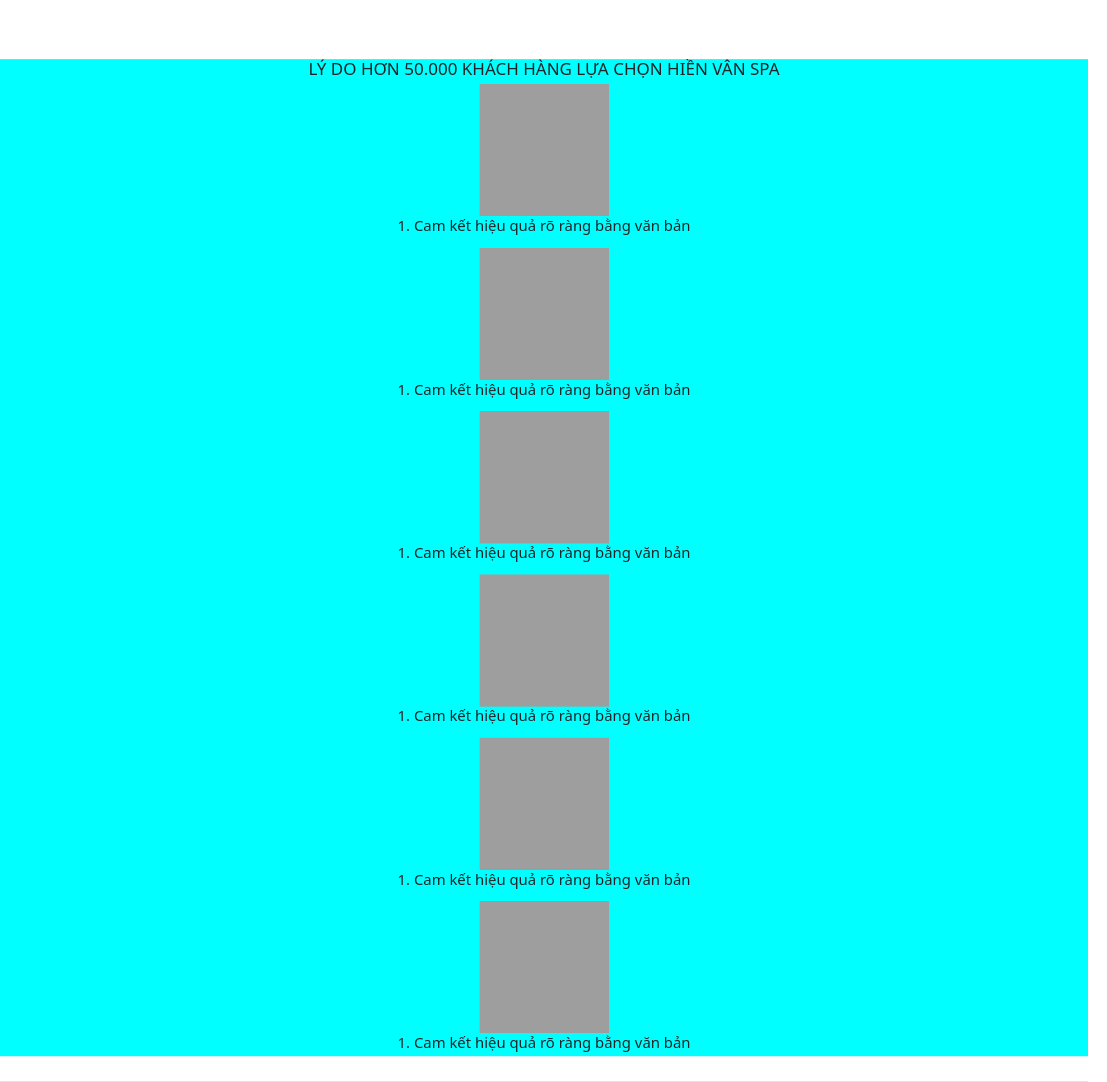
Repository: tranduykhuong/SpaKimBong
Page: /about
An editor plug-in stored every save of this project. The page is shown before and after a run of saves, followed by the edit.
The browser window is 1280 px wide. The page is 1302 px wide, so the pictures cover 1302 px, including what lies to the right of the window. The pictures show the part of the page from y = 2229 to 3502 px (the page is 4471 px tall), at 85% of full size.
Pictures or frames that could not be fetched are drawn as grey boxes. The project was rebuilt for these pictures with package versions that can differ from the ones it lists, and the page was loaded fresh each time. Also part of the build but not shown: src/components/Header/Slider/slider.scss, src/components/Header/Slider/Slider.js, src/components/Header/ListImage/listImage.scss, src/components/Header/ListImage/ListImage.js, src/pages/Home/home.scss, src/pages/Home/ListImage/listImage.scss, src/pages/Home/ListImage/ListImage.js, src/pages/Home/BookOnline/bookOnl.scss and 6 more.

Above is the page before, as saved 2022-06-03 23:07:54.

### src/App.js
import "./App.css";
import Header from "./components/Header/Header";
import Home from "./pages/Home/Home";
import "bootstrap/dist/css/bootstrap.min.css";
import { Route, Routes } from "react-router-dom";
import About from "./pages/About/About";

function App() {
  return (
    <div className="App">
      <Header />
      <Routes>
        <Route path="/" element={<Home />} />
        <Route path="/about" element={<About />} />
      </Routes>
    </div>
  );
}

export default App;

### src/components/Header/Header.js
import React, { useEffect, useState } from "react";
import "./header.scss";
import { BsSearch, BsFacebook } from "react-icons/bs";
import { BiPhoneCall } from "react-icons/bi";
import Slider from "./Slider/Slider";
import ListImage from "./ListImage/ListImage";
import { Link, useLocation } from "react-router-dom";

function Header() {
  const path = useLocation().pathname;
  const [fixedNavbar, setFixedNavbar] = useState(false);

  useEffect(() => {
    // set fixed navbar
    const handleScroll = () => {
      if (window.scrollY < 1) {
        setFixedNavbar(true);
      }

      if (window.scrollY > 170) setFixedNavbar(true);
      else setFixedNavbar(false);
    };

    window.addEventListener("scroll", handleScroll);

    // cleanup function
    return () => {
      window.removeEventListener("scroll", handleScroll);
    };
  }, []);

  return (
    <div className="header">
      <div className={"infor " + (fixedNavbar ? "mg-navbar" : "")}>
        <div className="logo">
          <img src="../../img/logoSpa.png" alt="" />
          <div className="nameSpa">
            <h4>Thẩm mỹ - Uốn tóc</h4>
            <h2>Kim Bông</h2>
          </div>
        </div>

        <div className="search">
          <input type="text" placeholder="Tìm kiếm sản phẩm/ bài viết ..." />
          <a className="icon">
            <BsSearch className="iconSearch" />
          </a>
        </div>

        <div className="contact">
          <a href="/" className="icon">
            <BsFacebook className="iconFacebook" />
          </a>
          <a href="/" className="icon">
            <img src="../../img/Zalo.png" alt="" className="iconZalo" />
          </a>

          <div className="phone">
            <BiPhoneCall className="iconPhone" />
            <h3>03 0304 0506</h3>
          </div>
        </div>
      </div>
      <div className={"myNavbar " + (fixedNavbar ? "fixedNavbar" : "")}>
        <div className="navbarContent">
          <ul className="navbarList">
            <li className={path === "/" ? "active" : ""}>
              <Link to="/">TRANG CHỦ</Link>
            </li>
            <li className={path === "/about" ? "active" : ""}>
              <Link to="/about">GIỚI THIỆU</Link>
            </li>
            <li className={path === "/skin" ? "active" : ""}>
              <Link to="/">CHĂM SÓC DA</Link>
            </li>
            <li className={path === "/acne" ? "active" : ""}>
              <Link to="/">TRỊ MỤN</Link>
            </li>
            <li className={path === "/open-time" ? "active" : ""}>
              <Link to="/">LỊCH MỞ CỬA</Link>
            </li>
          </ul>
        </div>
      </div>
      {/* <Slider /> */}
      {/* <ListImage /> */}
    </div>
  );
}

export default Header;

### src/components/Header/header.scss
$height-navbar: 5rem;

.header {
    .mg-navbar {
        margin-bottom: $height-navbar;
    }

    .infor {
        max-width: 1200px;
        padding: .6rem 0;
        display: flex;
        justify-content: space-between;

        .logo {
            display: flex;
            flex: 1;

            img {
                height: 10rem;
            }

            .nameSpa {
                color: #eb288c;
                margin: auto 0;

                h4 {
                    font-size: 1.8rem;
                    font-weight: 500;
                }

                h2 {
                    font-size: 2.4rem;
                }
            }
        }


        .search {
            margin: auto 0;
            border-radius: 50px;
            border: solid .1rem #eb288c;
            height: 37px;
            display: flex;

            input {
                font-size: 1.4rem;
                margin: auto 16px;
                min-width: 26rem;
                border: none;
                outline: none;
            }

            .icon {
                margin: auto 10px;
                cursor: pointer;
            }

            .iconSearch {
                width: 1.8rem;
                height: 1.8rem;
                color: #eb288c;

                &:hover {
                    color: #f867b2;
                }
            }
        }

        .contact {
            display: flex;
            margin-left: 20px;

            .icon {
                margin: auto 0;
                margin-left: 10px;

            }

            .iconFacebook {
                width: 2.8rem;
                height: 2.8rem;
                color: rgba($color: #0570e6, $alpha: 1.0);
            }

            .iconZalo {
                width: 2.8rem;
                height: 2.8rem;
                border-radius: 50%;
            }

            .phone {
                margin: auto 0;
                margin-left: 20px;
                display: flex;

                .iconPhone {
                    width: 2.6rem;
                    height: 2.6rem;
                }

                h3 {
                    font-size: 1.4rem;
                    font-weight: 500;
                    margin: auto 4px;
                }
            }

        }
    }

    .fixedNavbar {
        position: fixed;
        top: 0;
        left: 0;
        z-index: 50;
        width: 100%;
        animation: fixedNavbar 1s forwards;
    }

    @keyframes fixedNavbar {
        from {
            top: -5rem;
            opacity: 0;
        }

        to {
            top: 0;
            opacity: 1;
        }
    }

    .myNavbar {
        height: $height-navbar;
        background-color: #eb288c;

        .navbarContent {
            max-width: 1200px;
            margin: 0 auto;

            .navbarList {
                display: flex;
                margin: 0 1rem;
                // justify-content: space-evenly;

                li {
                    list-style: none;

                    a {
                        line-height: $height-navbar;
                        height: $height-navbar;
                        display: block;
                        color: #fff;
                        font-size: 1.6rem;
                        font-weight: 600;
                        text-decoration: none;
                        padding: 0 2rem;
                    }

                    &:hover {
                        background-color: #f844a1;
                        cursor: pointer;
                    }
                }

                .active {
                    background-color: #dd0876;
                }
            }
        }
    }
}

### src/components/Footer/Footer.js
import React, { useEffect } from "react";
import "./footer.scss";
import { BsFacebook } from "react-icons/bs";
import { RiCupLine } from "react-icons/ri";
import { VscFeedback } from "react-icons/vsc";

const Footer = () => {
  return (
    <div className="footer">
      <div className="logo">
        <div className="info">
          <img src="../../img/logoSpa.png" alt="" />
          <div className="nameSpa">
            <h4>Thẩm mỹ - Uốn tóc</h4>
            <h2>Kim Bông</h2>
          </div>
        </div>

        <h5>
          Spa Kim Bông luôn nỗ lực không ngừng để đem đến cho khách hàng những
          dịch vụ hoàn hảo nhất.
        </h5>
      </div>

      <div className="address">
        <h3>Hotline</h3>
        <div className="hotline">03 0304 0506</div>
        <h3>Địa chỉ</h3>
        <h4>Vĩnh Hòa, Chợ Lách, Bến Tre</h4>
        <h3>THỜI GIAN MỞ CỬA</h3>
        <h4>7:00 - 21:00 hàng ngày</h4>
      </div>
      <div className="contact">
        <h3>Kết nối với Kim Bông</h3>
        <a href="/" className="icon">
          <BsFacebook className="iconFacebook" />
        </a>
        <a href="/" className="icon">
          <img src="../../img/Zalo.png" alt="" className="iconZalo" />
        </a>
      </div>

      <div className="subFooter">
        <div className="report">
          <RiCupLine className="icon" />
          <div>
            <h3>Gửi phản hồi</h3>
            <p>Nếu có gì không hài lòng hãy phản hồi với Kim Bông</p>
            <div className="btn">Gửi phản hồi</div>
          </div>
        </div>
        <div className="feedback">
          <VscFeedback className="icon" />
          <div>
            <h3>Nhận xét, Đánh giá</h3>
            <p>
              Nếu bạn đã đến với Spa Kim Bông, hãy để lại nhận xét cho Kim Bông
              nhé
            </p>
            <div className="btn">Nhận xét ngay</div>
          </div>
        </div>
      </div>
    </div>
  );
};

export default Footer;

### src/pages/About/About.scss
.container1 {
  .container-image {
    width: 100%;
    height: 400px;
    // padding: 5rem;
    // display: flex;
    align-items: center;
    justify-content: center;
    background-image: url("https://i.pinimg.com/originals/2c/84/5a/2c845a66b8ad2a8aafd288bdc16cd459.jpg");
  }
  .container-background-content {
    background-image: url("https://i.pinimg.com/originals/2c/84/5a/2c845a66b8ad2a8aafd288bdc16cd459.jpg");

    .container-content {
      display: flex;
      width: 100%;
      background-color: rgba(255, 255, 255, 0.85);

      .content-left {
        width: 60%;
        padding: 0 35px 30px;
        margin-left: 100px;
        text-align: left;

        .title {
          margin: 30px 0;
          h1 {
            font-size: 3rem;
            font-weight: bolder;
            line-height: 1.6;
          }
        }

        .box {
          .box-content-img {
            background-color: #eb288c;
            border-radius: 37px;
            margin-bottom: 30px;
            .image {
              padding: 20px 20px 0 20px;

              img {
                width: 100%;
                height: 200px;
              }
            }

            .content {
              padding: 0 20px 30px 20px;

              p {
                font: 16px Roboto, sans-serif;
                text-align: justify;
                line-height: 1.6;
                color: white;
                font-weight: 500;
              }
            }
          }

          .box-content {
            background-color: #eb288c;
            border-radius: 37px;
            margin-bottom: 30px;

            .content {
              padding: 20px 20px 30px 20px;

              p {
                font: 16px Roboto, sans-serif;
                text-align: justify;
                line-height: 1.6;
                color: white;
                font-weight: 500;
              }
            }
          }
        }
      }

      .image-right {
        width: 40%;
        .image-box {
          padding: 400px 0px 0px;
          img {
            padding: 0 100px 30px 30px;
          }
        }
      }
    }
  }
  .container-background-founder {
    background-image: url("https://i.pinimg.com/originals/2c/84/5a/2c845a66b8ad2a8aafd288bdc16cd459.jpg");

    .box-founder {
      display: flex;
      width: 100%;

      .founder-left {
        width: 55%;
      }

      .info-founder {
        width: 45%;
        text-align: left;
        .text-info {
          padding: 0 30px 30px;
          margin: 30px 0 30px;

          h2 {
            text-transform: uppercase;
            font-family: Roboto, sans-serif;
            font-size: 40px;
            letter-spacing: 0.05em;
            margin: 0 0 13px;
            color: #be8c28;
          }
          h3 {
            font-family: Roboto, sans-serif;
            font-size: 30px;
            font-weight: bold;
            letter-spacing: 0.05em;
            margin: 0 0 10px;
            color: white;
          }
          p {
            font-family: Roboto, sans-serif;
            font-size: 16px;
            margin: 0 0 21px;
            color: white;
            line-height: 1.6;
            padding-right: 120px;
          }
        }
      }
    }
  }

  .container-bg-future-orientation {
    background-image: url("https://i.pinimg.com/originals/2c/84/5a/2c845a66b8ad2a8aafd288bdc16cd459.jpg");

    .container-future-orientation {
      display: flex;
      width: 100%;
      margin-top: 30px;

      .future-orientation-left {
        width: 41.6666666667%;
      }

      .future-orientation-right {
        width: 59.3333333333%;
        padding: 30px 30px 30px;
        text-align: left;

        .content {
          p {
            font: 16px Roboto, sans-serif;
            text-align: justify;
            line-height: 1.6;
            font-weight: 500;
          }
        }

        .box-3-image {
          display: flex;
          width: 100%;
          justify-content: space-between;

          .box-image {
            box-shadow: 0 0 10px midnightblue;
          }

          .box-image:hover {
            box-shadow: none;
          }
        }
      }
    }
  }
  .container-bg-reason {
    margin-top: 70px;
    background-color: aqua;

    .reason-title {
    }
  }
}

### src/components/Footer/footer.scss
$title-color: #fff;

.footer {
    background-image: url(../../../public/img/sparkle1.png), url(../../../public/img/sparkle2.png);
    width: 100%;
    height: 400px;
    background-color: #eb288c;
    animation: sparkle 60s linear infinite;
    padding: 14rem 3rem 0;
    display: flex;
    justify-content: space-around;
    position: relative;
    margin-top: 16rem;

    .logo {
        flex: 1;

        .info {
            display: flex;

            img {
                height: 10rem;
            }

            .nameSpa {
                color: $title-color;
                margin: 1rem;

                h4 {
                    font-size: 1.8rem;
                    font-weight: 500;
                }

                h2 {
                    font-size: 2.4rem;
                }
            }
        }

        h5 {
            margin: 2rem .6rem;
            font-size: 1.8rem;
            font-weight: 400;
            color: #ddd;
        }
    }

    .contact {
        flex: 1;

        h3 {
            margin-bottom: 1.8rem;
            color: $title-color;
        }

        .icon {
            margin: auto 0;
            margin-left: 10px;

        }

        .iconFacebook {
            width: 3.6rem;
            height: 3.6rem;
            color: rgba($color: #0570e6, $alpha: 1.0);
            background-color: $title-color;
            border-radius: 50%;
        }

        .iconZalo {
            width: 3.7rem;
            height: 3.7rem;
            border-radius: 50%;
        }
    }

    .address {
        color: #ddd;
        flex: 1;

        h3 {
            // margin-bottom: 2rem;
            color: $title-color;
        }

        h4 {
            margin-bottom: 2rem;
        }

        .hotline {
            padding: .6rem;
            font-size: 1.8rem;
            margin: .8rem 1rem 2rem;
            border: 1px solid $title-color;
            border-radius: 2rem;

            &:hover {
                color: $title-color;
                cursor: pointer;
            }
        }
    }

    @keyframes sparkle {
        0% {
            background-position: 0px 0px, 0px 0px, 0px 0px;
        }

        100% {
            background-position: -500px -1000px, -400px -400px, 300px 300px;
        }
    }

    .subFooter {
        width: 100%;
        max-width: 90rem;
        min-height: 20rem;
        box-shadow: 0 3px 6px -4px rgba(0, 0, 0, 0.2), 0 3px 6px rgba(0, 0, 0, 0.3);

        background-color: #fff;
        border-radius: 1rem;
        z-index: 50;
        top: -10rem;
        left: 50%;
        transform: translateX(-50%);
        position: absolute;
        display: flex;
        padding: 3rem;
        justify-content: space-around;

        .report,
        .feedback {
            display: flex;
            flex: 1;
            justify-content: center;

            h3 {
                text-transform: uppercase;
                font-size: 2.4rem;
                color: #eb288c;
            }

            p {
                font-size: 1.6rem;
                padding: 1rem;
            }

            .icon {
                height: 10rem;
                width: 10rem;
                margin-right: 2rem;
            }

            .btn {
                padding: 0.8rem 1.2rem;
                background-color: #eb288c;
                border-radius: 2rem;
                font-size: 1.6rem;
                color: #fff;

                &:hover {
                    background-color: #cc1574;
                }
            }
        }

        .report {
            border-right: 1px solid #ddd;
        }

        .feedback {
            margin-left: 1rem;
        }
    }
}

Loaded but not shown: public/index.html (common file); src/index.js (common file); src/index.css (common file); src/reportWebVitals.js (common file); src/App.css (common file); src/pages/About/About.js (276 lines, source omitted)

After the next 2 saves:
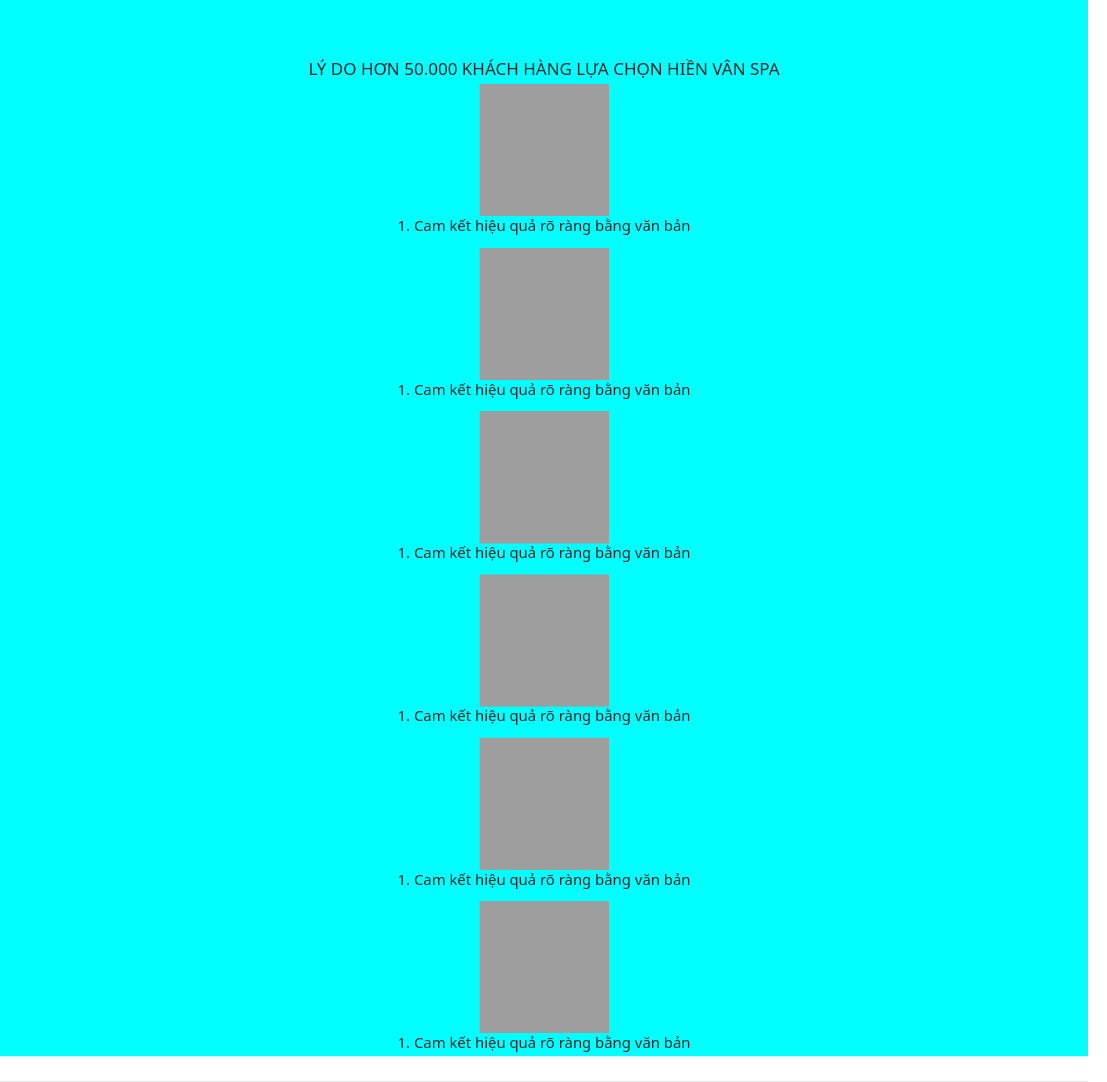
The 2 saves are shown as one change because they came seconds apart.
The last was saved 14 s later.
--- a/src/pages/About/About.scss
+++ b/src/pages/About/About.scss
@@ -179,8 +179,8 @@
     }
   }
   .container-bg-reason {
-    margin-top: 70px;
     background-color: aqua;
+    padding-top: 70px;
 
     .reason-title {
     }
